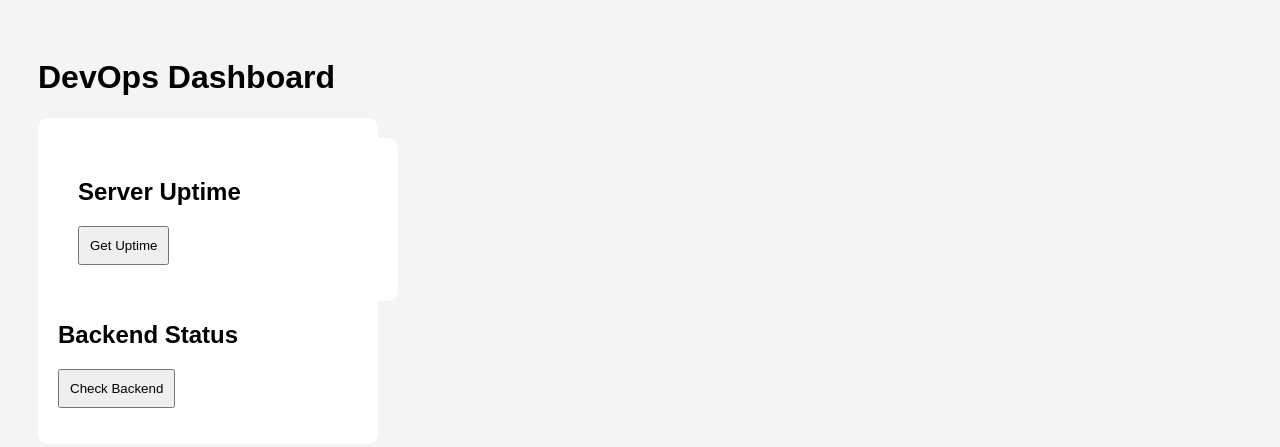
Repository: manoj-991/devops-dashboard
Page: frontend/index.html
The author's editor kept a copy of each file at every save. The page is drawn from the files as they stood at one save, then again after the next save.
The browser window is 1280 px wide. The pictures show the whole page.

Above is the page before, as saved 2026-05-22 23:08:00.

### frontend/index.html
<!DOCTYPE html>
<html>

<head>
    <title>DevOps Dashboard</title>
    <link rel="stylesheet" href="style.css">
</head>

<body>

    <h1>DevOps Dashboard</h1>

    <div class="card">
        <div class="card">

            <h2>Server Uptime</h2>

            <button onclick="getUptime()">
                Get Uptime
            </button>

            <p id="uptime-result"></p>

        </div>
        <h2>Backend Status</h2>

        <button onclick="checkBackend()">
            Check Backend
        </button>

        <p id="result"></p>
    </div>

    <script src="app.js"></script>

</body>

</html>

### frontend/style.css
body {
    font-family: Arial;
    background-color: #f4f4f4;
    padding: 30px;
}

.card {
    background: white;
    padding: 20px;
    width: 300px;
    border-radius: 10px;
}

button {
    padding: 10px;
    cursor: pointer;
}

### frontend/app.js
async function checkBackend() {

    const response = await fetch("/api/health");

    const data = await response.json();

    document.getElementById("result").innerText =
        data.message;
}

async function getUptime() {

    const response = await fetch("/api/uptime");

    const data = await response.json();

    document.getElementById("uptime-result").innerText =
        data.uptime;
}

After the next save:
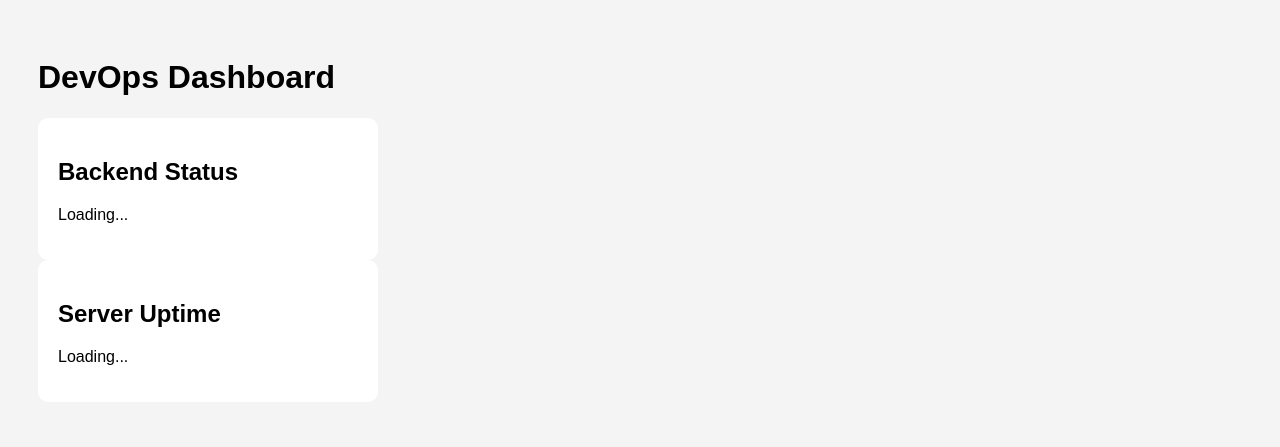
Saved 2 min 13 s later.
--- a/frontend/index.html
+++ b/frontend/index.html
@@ -2,33 +2,35 @@
 <html>
 
 <head>
+
     <title>DevOps Dashboard</title>
+
     <link rel="stylesheet" href="style.css">
+
 </head>
 
 <body>
 
     <h1>DevOps Dashboard</h1>
 
-    <div class="card">
+    <div class="dashboard">
+
+        <div class="card">
+
+            <h2>Backend Status</h2>
+
+            <p id="backend-status">Loading...</p>
+
+        </div>
+
         <div class="card">
 
             <h2>Server Uptime</h2>
 
-            <button onclick="getUptime()">
-                Get Uptime
-            </button>
-
-            <p id="uptime-result"></p>
+            <p id="uptime-result">Loading...</p>
 
         </div>
-        <h2>Backend Status</h2>
 
-        <button onclick="checkBackend()">
-            Check Backend
-        </button>
-
-        <p id="result"></p>
     </div>
 
     <script src="app.js"></script>
